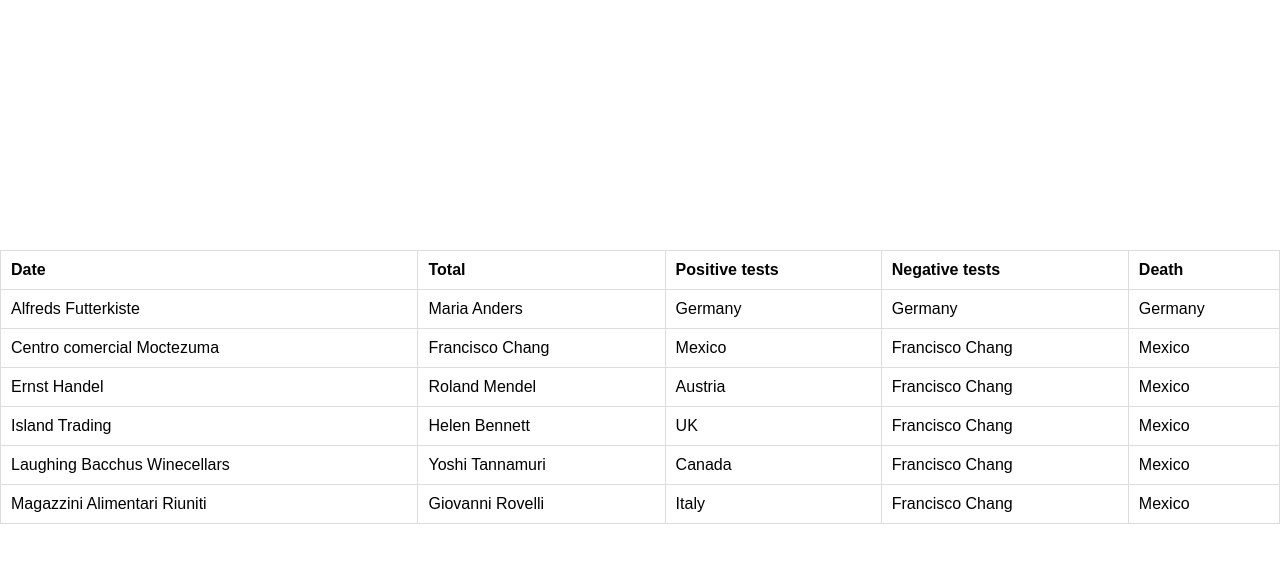
Repository: Seryozha02/ApiRequests
Page: index.html
The author's editor kept a copy of each file at every save. The page is drawn from the files as they stood at one save, then again after the next save.
The browser window is 1280 px wide. The pictures show the whole page.

Above is the page before, as saved 2022-09-22 21:39:55.

### index.html
<!DOCTYPE html>
<html lang="en">
<head>
    <meta charset="UTF-8">
    <meta http-equiv="X-UA-Compatible" content="IE=edge">
    <meta name="viewport" content="width=device-width, initial-scale=1.0">
    <title>Request's</title>
    <link rel="stylesheet" href="style.css">
</head>
<body>
    <table class="requests">
        <th>Date</th>
        <th>Total</th>
        <th>Positive tests</th>
        <th>Negative tests</th>
        <th>Death</th>
        <tr>
          <td>Alfreds Futterkiste</td>
          <td>Maria Anders</td>
          <td>Germany</td>
          <td>Germany</td>
          <td>Germany</td>
        </tr>
        <tr>
          <td>Centro comercial Moctezuma</td>
          <td>Francisco Chang</td>
          <td>Mexico</td>
          <td>Francisco Chang</td>
          <td>Mexico</td>
        </tr>
        <tr>
          <td>Ernst Handel</td>
          <td>Roland Mendel</td>
          <td>Austria</td>
          <td>Francisco Chang</td>
          <td>Mexico</td>
        </tr>
        <tr>
          <td>Island Trading</td>
          <td>Helen Bennett</td>
          <td>UK</td>
          <td>Francisco Chang</td>
          <td>Mexico</td>
        </tr>
        <tr>
          <td>Laughing Bacchus Winecellars</td>
          <td>Yoshi Tannamuri</td>
          <td>Canada</td>
          <td>Francisco Chang</td>
          <td>Mexico</td>
        </tr>
        <tr>
          <td>Magazzini Alimentari Riuniti</td>
          <td>Giovanni Rovelli</td>
          <td>Italy</td>
          <td>Francisco Chang</td>
          <td>Mexico</td>
        </tr>
      </table>
</body>
<script src="script.js"></script>
</html>

### style.css
* {
        margin: 0;
        padding: 0;
        box-sizing: border-box;
}

.requests {
    font-family: arial, sans-serif;
    border-collapse: collapse;
    width: 100%;
    margin-top: 250px;
  }

  td, th {
    border: 1px solid #dddddd;
    text-align: left;
    padding: 10px;

  }

Loaded but not shown: script.js (no copy from this time; the picture is the same without it)

After the next save:
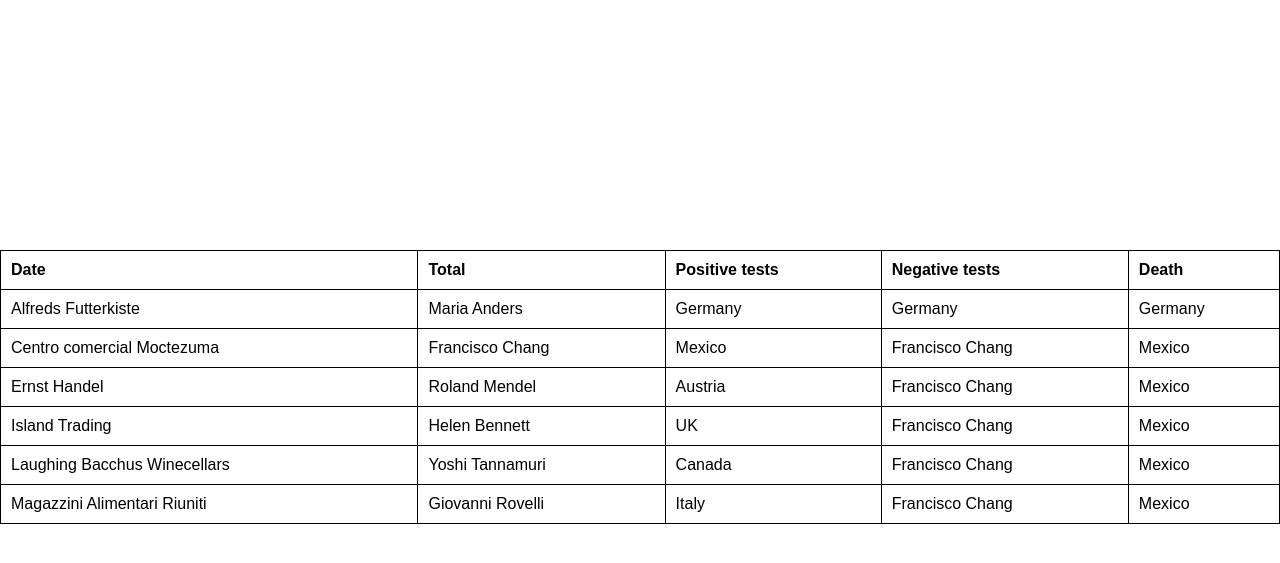
Saved 18 s later.
--- a/style.css
+++ b/style.css
@@ -12,7 +12,7 @@
   }
 
   td, th {
-    border: 1px solid #dddddd;
+    border: 1px solid black;
     text-align: left;
     padding: 10px;
 
